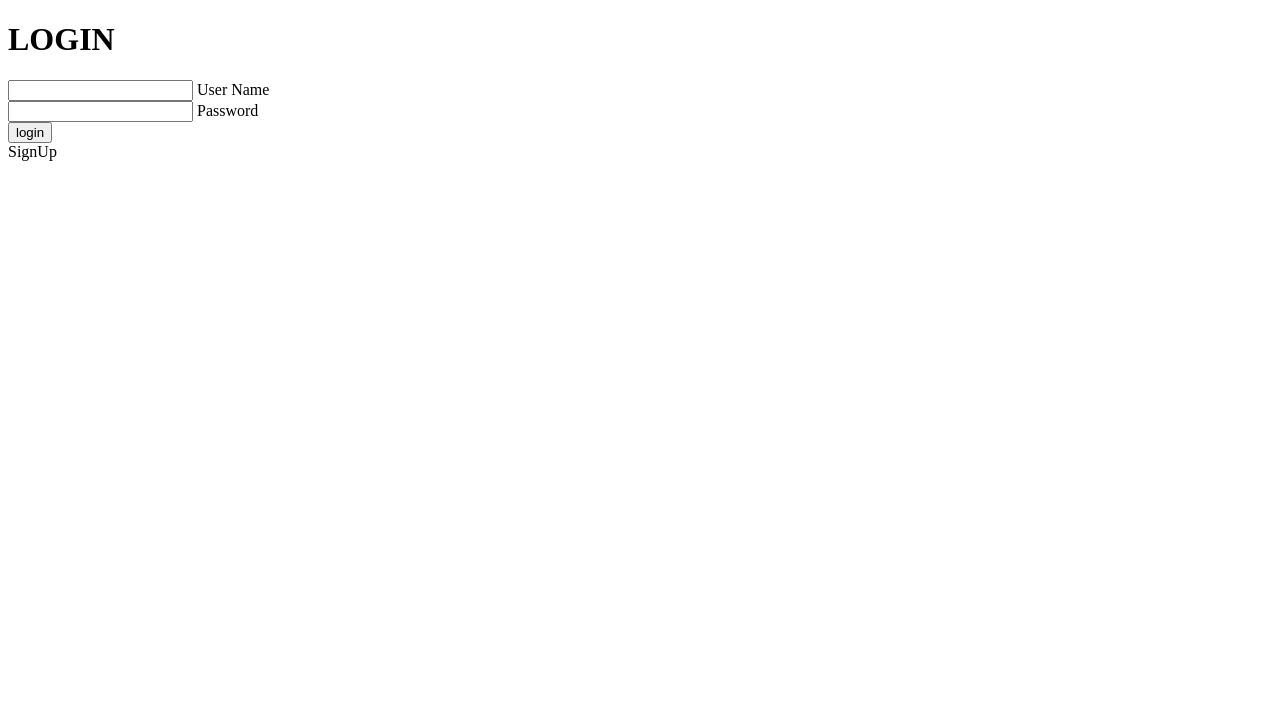
Repository: kalpesh3070/backend2
Page: flyaway/src/main/webapp/index.html
These files come from the project's save history. The page is drawn as it stood at one moment and after the next save; the edit follows.
The browser window is 1280 px wide. The pictures show the whole page.

Above is the page before, as saved 2022-11-13 15:48:37.

After the next save:
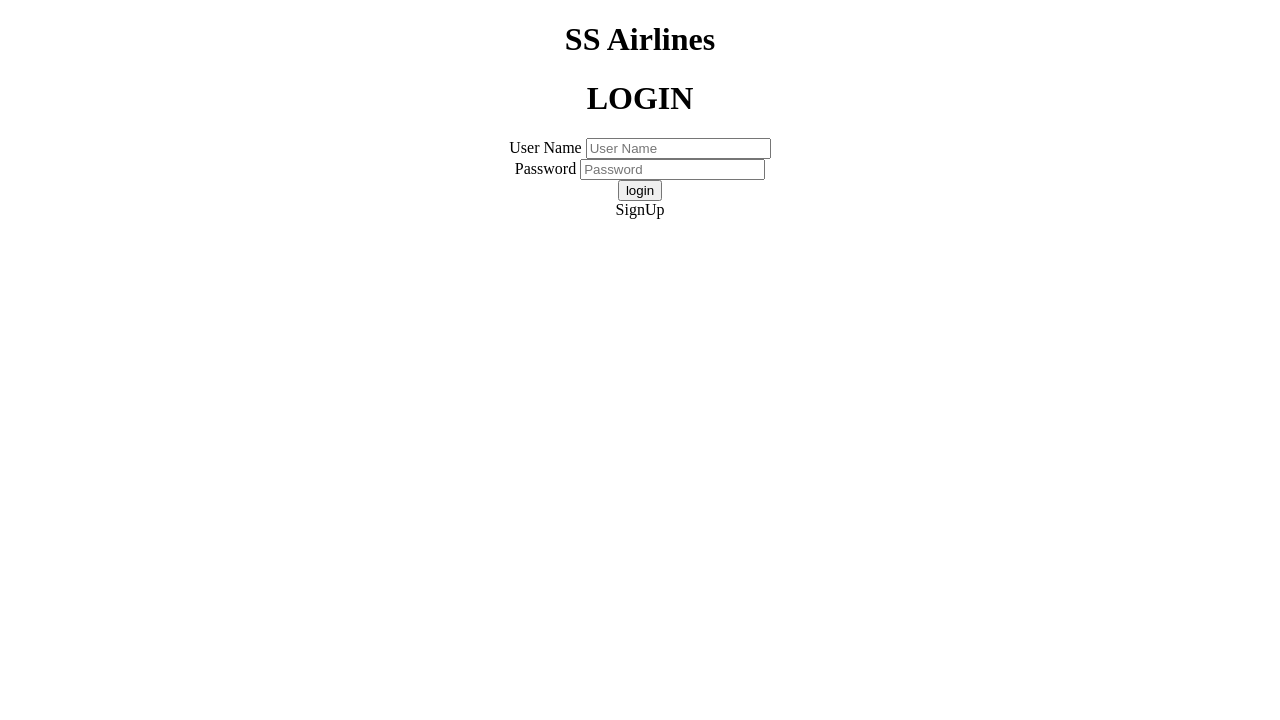
Not found: flyaway/src/main/webapp/new.css
Saved 37 s later.
--- a/flyaway/src/main/webapp/index.html
+++ b/flyaway/src/main/webapp/index.html
@@ -3,34 +3,35 @@
 <head>
 <meta charset="ISO-8859-1">
 <title>Insert title here</title>
-<link ref="stylesheet" href="index.css" >
+<link rel="stylesheet" href="new.css">
 </head>
-<body bgcolor:red>
+<body>
+<center>
+<div class="head">
+<h1>SS Airlines</h1>
+</div>
 <div class="center">
 <h1>LOGIN</h1>
-<form action="" ></form>
+<form action="loginservlet" ></form>
+
 <div class="text_field">
-<input type="text" required>
 <lable>User Name</lable>
+<input type="text" placeholder="User Name" required>
+
 </div>
+
 <div class="text_field">
-<input type="Password" required>
 <lable>Password</lable>
+<input type="Password" placeholder="Password" required>
+
 </div>
-<input type="submit" value="login">
+
+<div class ="btn"><button type="submit">login</button></div>
+
 <div class="signup_link"><a href=""></a>SignUp</div>
 
 
-
-
-
-
-
-
-
-
-
-
 </div>
+</center>
 </body>
 </html>

After the save that followed:
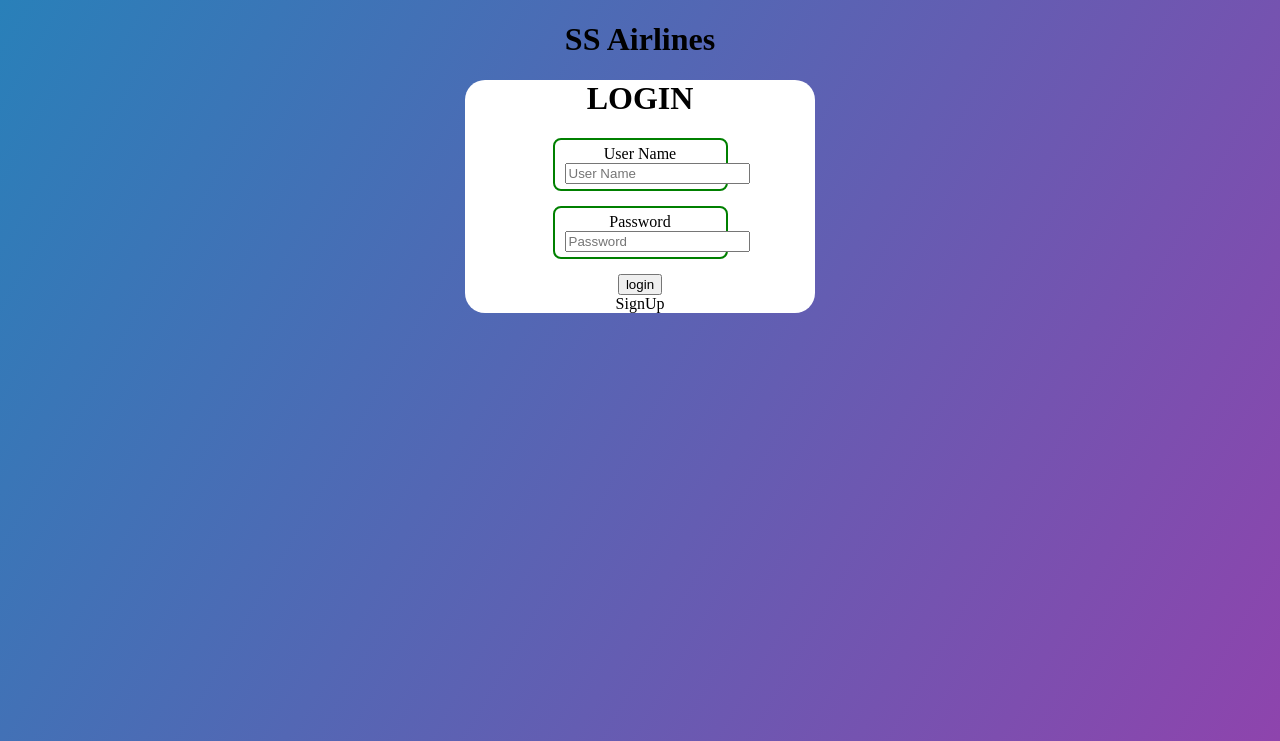
Saved 53 s later.
--- a/flyaway/src/main/webapp/index.html
+++ b/flyaway/src/main/webapp/index.html
@@ -3,7 +3,7 @@
 <head>
 <meta charset="ISO-8859-1">
 <title>Insert title here</title>
-<link rel="stylesheet" href="new.css">
+<link rel="stylesheet" href="index.css">
 </head>
 <body>
 <center>
